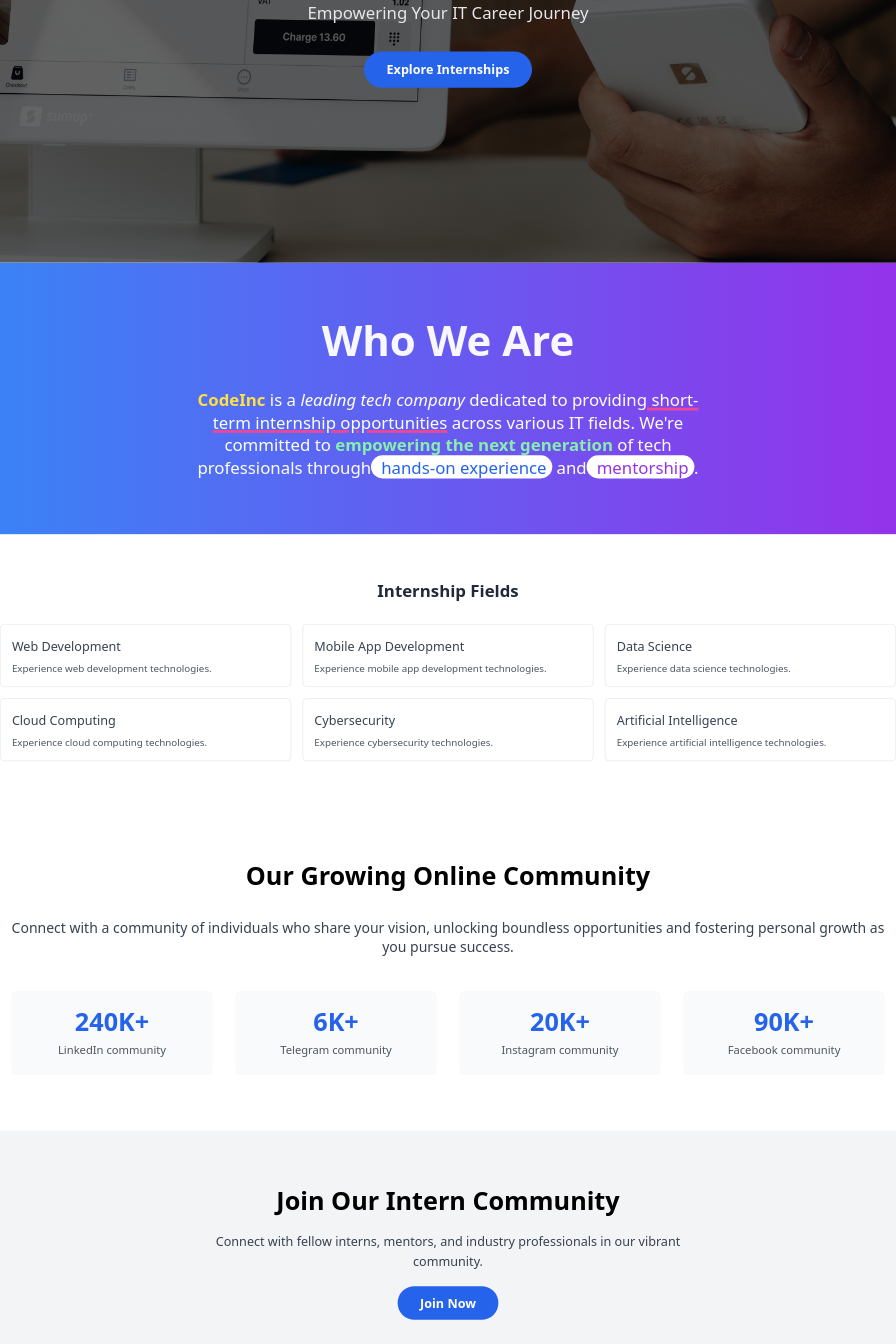
Repository: Charith117/CodeInc-Project
Page: / (app in frontend/)
An editor plug-in stored every save of this project. The page is shown before and after the next save, followed by the edit.
The browser window is 1280 px wide. The pictures show the part of the page from y = 409 to 2329 px (the page is 3362 px tall), at 70% of full size.
The page's requests for data from a server got no answer. The project was rebuilt for these pictures with package versions that can differ from the ones it lists, and the page was loaded fresh each time. No one was signed in, and anything a server would have sent is missing. Also part of the build but not shown: frontend/vite.config.js, frontend/src/pages/Services.jsx, frontend/src/pages/Products.jsx, frontend/src/components/InternShipFieldCard.jsx, frontend/src/pages/Internships.jsx, frontend/src/pages/Jobs.jsx, frontend/src/pages/Verification.jsx, frontend/src/pages/AboutUs.jsx and 1 more.

Above is the page before, as saved 2024-09-15 16:35:39.

### frontend/src/App.jsx
import { BrowserRouter as Router, Route, Routes } from 'react-router-dom';
import Header from './components/Header';
import Footer from './components/Footer';
import Home from './pages/Home';
import Services from './pages/Services';
import Products from './pages/Products';
import Internships from './pages/Internships';
import Jobs from './pages/Jobs';
import Verification from './pages/Verification';
import AboutUs from './pages/AboutUs';
import ContactUs from './pages/ContactUs';

function App() {
  return (
    <Router>
      <div className="flex flex-col min-h-screen">
        <Header />
        <main className="flex-grow">
          <Routes>
            <Route path="/" element={<Home />} />
            <Route path="/services" element={<Services />} />
            <Route path="/products" element={<Products />} />
            <Route path="/internships" element={<Internships />} />
            <Route path="/jobs" element={<Jobs />} />
            <Route path="/verification" element={<Verification />} />
            <Route path="/about-us" element={<AboutUs />} />
            <Route path="/contact-us" element={<ContactUs />} />
          </Routes>
        </main>
        <Footer />
      </div>
    </Router>
  );
}

export default App;

### frontend/src/components/Header.jsx
import Navigation from './Navigation';

function Header() {
  return (
    <header>
      <Navigation />
    </header>
  );
}

export default Header;

### frontend/src/components/Footer.jsx
import { FaFacebook, FaTwitter, FaInstagram, FaLinkedin } from 'react-icons/fa';


function Footer() {
    return (
      <footer className="py-10 text-white bg-gray-800">
        <div className="container px-4 mx-auto">
          <div className="grid grid-cols-1 gap-8 md:grid-cols-4">
            <div>
              <h3 className="mb-4 text-lg font-semibold">Useful Links</h3>
              <ul className="space-y-2">
                <li><a href="#" className="hover:text-blue-300">Privacy Policy</a></li>
                <li><a href="#" className="hover:text-blue-300">Refund Policy</a></li>
                <li><a href="#" className="hover:text-blue-300">Terms and Conditions</a></li>
              </ul>
            </div>
            <div>
              <h3 className="mb-4 text-lg font-semibold">Legal Links</h3>
              <ul className="space-y-2">
                <li><a href="#" className="hover:text-blue-300">Home</a></li>
                <li><a href="#" className="hover:text-blue-300">About Us</a></li>
                <li><a href="#" className="hover:text-blue-300">Services</a></li>
                <li><a href="#" className="hover:text-blue-300">Internships</a></li>
              </ul>
            </div>
            <div>
              <h3 className="mb-4 text-lg font-semibold">Contact Info</h3>
              <p>Lokenath bose garden lane</p>
              <p>Kolkata, West Bengal</p>
            </div>
            <div>
              <h3 className="mb-4 text-lg font-semibold">Follow Us</h3>
              <div className="flex space-x-4">
                <a href="#" className="text-2xl hover:text-blue-300"><FaFacebook /></a>
                <a href="#" className="text-2xl hover:text-blue-300"><FaTwitter /></a>
                <a href="#" className="text-2xl hover:text-blue-300"><FaInstagram /></a>
                <a href="#" className="text-2xl hover:text-blue-300"><FaLinkedin /></a>
              </div>
            </div>
          </div>
        </div>
      </footer>
    );
  }

  export default Footer;

### frontend/src/pages/Home.jsx
import { useState, useEffect } from 'react';
import { getInternships } from '../services/api';

function Home() {
  const [internships, setInternships] = useState([]);
  const [formData, setFormData] = useState({
    name: '',
    lastName: '',
    email: '',
    message: ''
  });

  useEffect(() => {
    const fetchInternships = async () => {
      try {
        const response = await getInternships();
        setInternships(response.data);
      } catch (error) {
        console.error('Error fetching internships:', error);
      }
    };
    fetchInternships();
  }, []);

  const handleInputChange = (e) => {
    const { name, value } = e.target;
    setFormData(prevState => ({
      ...prevState,
      [name]: value
    }));
  };

  const handleSubmit = (e) => {
    e.preventDefault();
    // Here you would typically send the form data to your backend
    console.log('Form submitted:', formData);
    // Reset form after submission
    setFormData({
      name: '',
      lastName: '',
      email: '',
      message: ''
    });
  };

  return (
    <div className="bg-gray-50">
      {/* Hero Section */}
      <section className="relative flex items-center justify-center h-screen overflow-hidden bg-center bg-cover">
        <div className="absolute inset-0 bg-center bg-cover animate-ken-burns" style={{backgroundImage: "url('hero-image.jpg')"}}></div>
        <div className="absolute inset-0 bg-black opacity-60"></div>
        <div className="relative z-10 max-w-4xl px-4 mx-auto text-center">
          <h1 className="mb-6 text-5xl font-bold text-white md:text-7xl animate-fade-in-down animate-pulse">Welcome to CodeInc</h1>
          <p className="mb-10 text-xl text-gray-200 md:text-2xl animate-fade-in-up">Empowering Your IT Career Journey</p>
          <a
            href="internships"
            className="inline-block px-8 py-3 text-lg font-semibold text-white transition duration-300 ease-in-out transform bg-blue-600 rounded-full hover:bg-blue-700 hover:scale-105 animate-fade-in"
          >
            Explore Internships
          </a>
        </div>
      </section>

      {/* About Us Section */}
      <section className="py-20 bg-gradient-to-r from-blue-500 to-purple-600">
        <div className="container px-4 mx-auto">
          <h2 className="mb-10 text-4xl font-extrabold text-center text-white md:text-5xl lg:text-6xl animate-pulse">
            Who We Are
          </h2>
          <p className="max-w-3xl mx-auto text-xl leading-relaxed text-center text-white md:text-2xl">
            <span className="font-bold text-yellow-300">CodeInc</span> is a <span className="italic">leading tech company</span> dedicated to providing
            <span className="underline decoration-pink-500 decoration-4"> short-term internship opportunities</span> across various IT fields.
            We're committed to <span className="font-semibold text-green-300">empowering the next generation</span> of tech professionals through
            <span className="px-2 text-blue-600 bg-white rounded-full"> hands-on experience</span> and
            <span className="px-2 text-purple-600 bg-white rounded-full"> mentorship</span>.
          </p>
        </div>
      </section>

      {/* Internship Fields Section */}
      <section className="py-16 bg-white">
        <div className="container mx-auto">
          <h2 className="mb-8 text-2xl font-semibold text-center text-gray-800">Internship Fields</h2>
          <div className="grid grid-cols-1 gap-4 sm:grid-cols-2 lg:grid-cols-3">
            {['Web Development', 'Mobile App Development', 'Data Science', 'Cloud Computing', 'Cybersecurity', 'Artificial Intelligence'].map((field, index) => (
              <div key={index} className="p-4 transition-colors duration-300 border border-gray-200 rounded-md hover:bg-gray-50">
                <h3 className="mb-2 text-lg font-medium text-gray-700">{field}</h3>
                <p className="text-sm text-gray-600">Experience {field.toLowerCase()} technologies.</p>
              </div>
            ))}
          </div>
        </div>
      </section>

      {/* Our Growing Online Community Section */}
      <section className="py-20 bg-white">
        <div className="container px-4 mx-auto">
          <h2 className="mb-10 text-3xl font-bold text-center md:text-4xl">Our Growing Online Community</h2>
          <p className="mb-12 text-xl text-center text-gray-700">
            Connect with a community of individuals who share your vision, unlocking boundless opportunities and fostering personal growth as you pursue success.
          </p>
          <div className="grid grid-cols-1 gap-8 md:grid-cols-2 lg:grid-cols-4">
            <div className="p-6 text-center rounded-lg bg-gray-50">
              <h3 className="mb-2 text-4xl font-bold text-blue-600">240K+</h3>
              <p className="text-gray-600">LinkedIn community</p>
            </div>
            <div className="p-6 text-center rounded-lg bg-gray-50">
              <h3 className="mb-2 text-4xl font-bold text-blue-600">6K+</h3>
              <p className="text-gray-600">Telegram community</p>
            </div>
            <div className="p-6 text-center rounded-lg bg-gray-50">
              <h3 className="mb-2 text-4xl font-bold text-blue-600">20K+</h3>
              <p className="text-gray-600">Instagram community</p>
            </div>
            <div className="p-6 text-center rounded-lg bg-gray-50">
              <h3 className="mb-2 text-4xl font-bold text-blue-600">90K+</h3>
              <p className="text-gray-600">Facebook community</p>
            </div>
          </div>
        </div>
      </section>

      {/* Community Section */}
      <section className="py-20 bg-gray-100">
        <div className="container px-4 mx-auto text-center">
          <h2 className="mb-6 text-3xl font-bold md:text-4xl">Join Our Intern Community</h2>
          <p className="max-w-2xl mx-auto mb-8 text-lg text-gray-700">Connect with fellow interns, mentors, and industry professionals in our vibrant community.</p>
          <a href="#" className="px-8 py-3 text-lg font-semibold text-white transition duration-300 bg-blue-600 rounded-full hover:bg-blue-700">Join Now</a>
        </div>
      </section>

      {/* Contact Section */}
      <section className="py-20 bg-white">
        <div className="container px-4 mx-auto">
          <h2 className="mb-6 text-3xl font-bold text-center md:text-4xl">Get in Touch</h2>
          <p className="max-w-2xl mx-auto mb-8 text-lg text-center text-gray-700">Have questions about our internship programs? We'd love to hear from you!</p>
          <form onSubmit={handleSubmit} className="max-w-lg mx-auto">
            <div className="mb-4">
              <label htmlFor="name" className="block mb-2 font-bold text-gray-700">Name*</label>
              <input
                type="text"
                id="name"
                name="name"
                value={formData.name}
                onChange={handleInputChange}
                required
                className="w-full px-3 py-2 leading-tight text-gray-700 border rounded shadow appearance-none focus:outline-none focus:shadow-outline"
              />
            </div>
            <div className="mb-4">
              <label htmlFor="lastName" className="block mb-2 font-bold text-gray-700">Last name</label>
              <input
                type="text"
                id="lastName"
                name="lastName"
                value={formData.lastName}
                onChange={handleInputChange}
                className="w-full px-3 py-2 leading-tight text-gray-700 border rounded shadow appearance-none focus:outline-none focus:shadow-outline"
              />
            </div>
            <div className="mb-4">
              <label htmlFor="email" className="block mb-2 font-bold text-gray-700">Your email*</label>
              <input
                type="email"
                id="email"
                name="email"
                value={formData.email}
                onChange={handleInputChange}
                required
                className="w-full px-3 py-2 leading-tight text-gray-700 border rounded shadow appearance-none focus:outline-none focus:shadow-outline"
              />
            </div>
            <div className="mb-6">
              <label htmlFor="message" className="block mb-2 font-bold text-gray-700">Message*</label>
              <textarea
                id="message"
                name="message"
                value={formData.message}
                onChange={handleInputChange}
                required
                className="w-full px-3 py-2 leading-tight text-gray-700 border rounded shadow appearance-none focus:outline-none focus:shadow-outline"
                rows="4"
              ></textarea>
            </div>
            <div className="flex items-center justify-center">
              <button type="submit" className="px-8 py-3 text-lg font-semibold text-white transition duration-300 bg-green-600 rounded-full hover:bg-green-700">
                Submit
              </button>
            </div>
          </form>
        </div>
      </section>



    </div>
  );
}

export default Home;

### frontend/src/components/Navigation.jsx
import { Link } from 'react-router-dom';

function Navigation() {
  return (
    <nav className="bg-white border-gray-200 dark:bg-gray-900">
      <div className="flex flex-wrap items-center justify-between max-w-screen-xl p-4 mx-auto">
        <Link to="/" className="flex items-center">
          <img src="https://flowbite.com/docs/images/logo.svg" className="h-8 mr-3" alt="CodeInc Logo" />
          <span className="self-center text-2xl font-semibold whitespace-nowrap dark:text-white">CodeInc</span>
        </Link>
        <button data-collapse-toggle="navbar-default" type="button" className="inline-flex items-center p-2 ml-3 text-sm text-gray-500 rounded-lg md:hidden hover:bg-gray-100 focus:outline-none focus:ring-2 focus:ring-gray-200 dark:text-gray-400 dark:hover:bg-gray-700 dark:focus:ring-gray-600" aria-controls="navbar-default" aria-expanded="false">
          <span className="sr-only">Open main menu</span>
          <svg className="w-6 h-6" aria-hidden="true" fill="currentColor" viewBox="0 0 20 20" xmlns="http://www.w3.org/2000/svg"><path fillRule="evenodd" d="M3 5a1 1 0 011-1h12a1 1 0 110 2H4a1 1 0 01-1-1zM3 10a1 1 0 011-1h12a1 1 0 110 2H4a1 1 0 01-1-1zM3 15a1 1 0 011-1h12a1 1 0 110 2H4a1 1 0 01-1-1z" clipRule="evenodd"></path></svg>
        </button>
        <div className="hidden w-full md:block md:w-auto" id="navbar-default">
          <ul className="flex flex-col p-4 mt-4 font-medium border border-gray-100 rounded-lg md:p-0 bg-gray-50 md:flex-row md:space-x-8 md:mt-0 md:border-0 md:bg-white dark:bg-gray-800 md:dark:bg-gray-900 dark:border-gray-700">
            <li>
              <Link to="/" className="block py-2 pl-3 pr-4 text-white bg-blue-700 rounded md:bg-transparent md:text-blue-700 md:p-0 dark:text-white md:dark:text-blue-500" aria-current="page">Home</Link>
            </li>
            <li>
              <Link to="/services" className="block py-2 pl-3 pr-4 text-gray-900 rounded hover:bg-gray-100 md:hover:bg-transparent md:border-0 md:hover:text-blue-700 md:p-0 dark:text-white md:dark:hover:text-blue-500 dark:hover:bg-gray-700 dark:hover:text-white md:dark:hover:bg-transparent">Services</Link>
            </li>
            <li>
              <Link to="/products" className="block py-2 pl-3 pr-4 text-gray-900 rounded hover:bg-gray-100 md:hover:bg-transparent md:border-0 md:hover:text-blue-700 md:p-0 dark:text-white md:dark:hover:text-blue-500 dark:hover:bg-gray-700 dark:hover:text-white md:dark:hover:bg-transparent">Products</Link>
            </li>
            <li>
              <Link to="/internships" className="block py-2 pl-3 pr-4 text-gray-900 rounded hover:bg-gray-100 md:hover:bg-transparent md:border-0 md:hover:text-blue-700 md:p-0 dark:text-white md:dark:hover:text-blue-500 dark:hover:bg-gray-700 dark:hover:text-white md:dark:hover:bg-transparent">Internships</Link>
            </li>
            <li>
              <Link to="/jobs" className="block py-2 pl-3 pr-4 text-gray-900 rounded hover:bg-gray-100 md:hover:bg-transparent md:border-0 md:hover:text-blue-700 md:p-0 dark:text-white md:dark:hover:text-blue-500 dark:hover:bg-gray-700 dark:hover:text-white md:dark:hover:bg-transparent">Jobs</Link>
            </li>
            <li>
              <Link to="/about-us" className="block py-2 pl-3 pr-4 text-gray-900 rounded hover:bg-gray-100 md:hover:bg-transparent md:border-0 md:hover:text-blue-700 md:p-0 dark:text-white md:dark:hover:text-blue-500 dark:hover:bg-gray-700 dark:hover:text-white md:dark:hover:bg-transparent">About Us</Link>
            </li>
            <li>
              <Link to="/contact-us" className="block py-2 pl-3 pr-4 text-gray-900 rounded hover:bg-gray-100 md:hover:bg-transparent md:border-0 md:hover:text-blue-700 md:p-0 dark:text-white md:dark:hover:text-blue-500 dark:hover:bg-gray-700 dark:hover:text-white md:dark:hover:bg-transparent">Contact Us</Link>
            </li>
          </ul>
        </div>
      </div>
    </nav>
  );
}

export default Navigation;

### frontend/src/services/api.js
import axios from 'axios';

const API_URL = 'http://localhost:5000/api'; // Replace with your actual API URL

export const api = axios.create({
  baseURL: API_URL,
});

export const getInternships = () => api.get('/internships');
export const getJobs = () => api.get('/jobs');
// Add more API calls as needed

### frontend/tailwind.config.js
   /** @type {import('tailwindcss').Config} */
   export default {
    content: [
      "./index.html",
      "./src/**/*.{js,ts,jsx,tsx}",
    ],
    theme: {
      extend: {},
    },
    plugins: [],
  }

Loaded but not shown: frontend/index.html (common file); frontend/src/main.jsx (common file); frontend/src/index.css (common file)

After the next save:
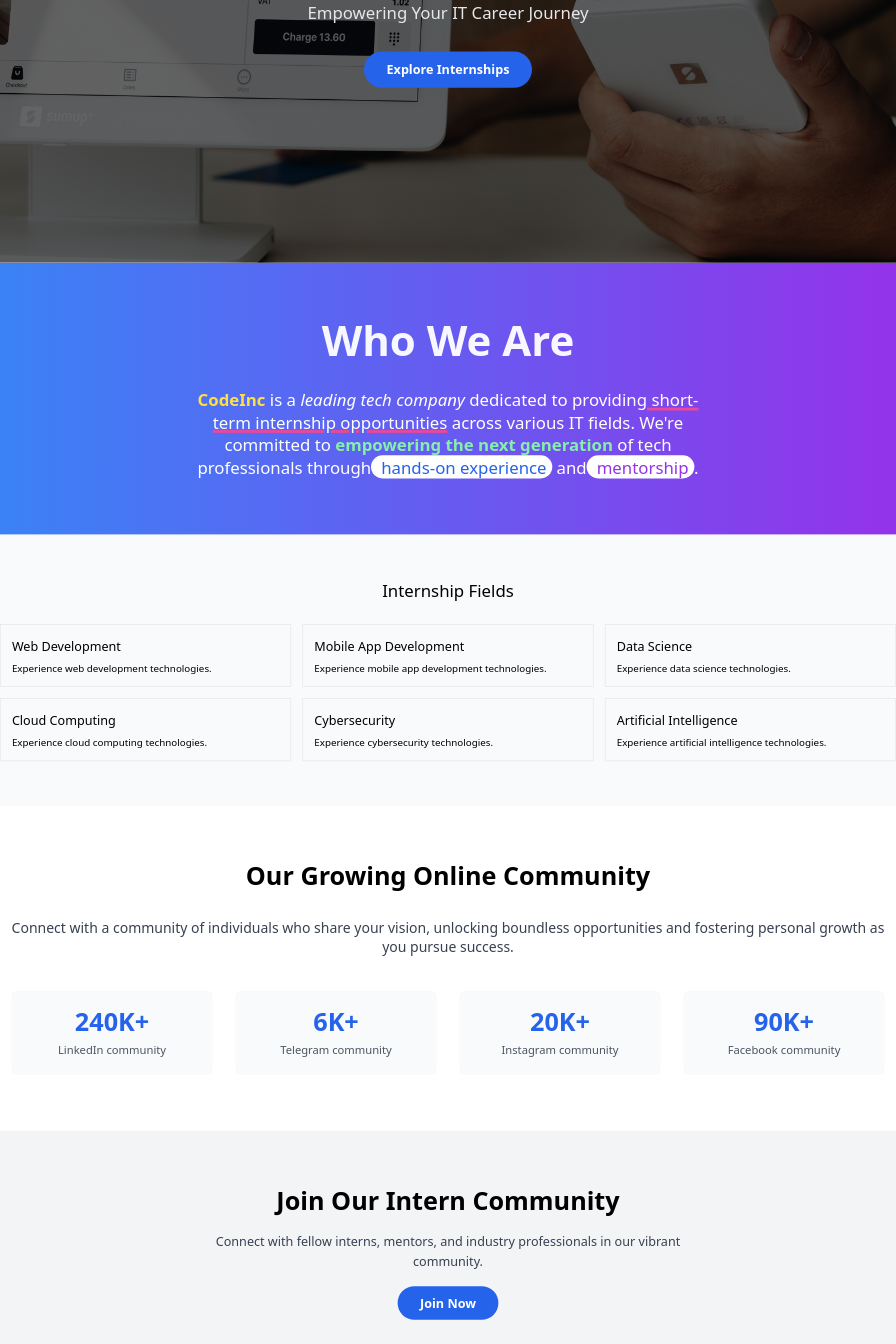
Saved 40 s later.
--- a/frontend/src/pages/Home.jsx
+++ b/frontend/src/pages/Home.jsx
@@ -78,14 +78,14 @@
       </section>
 
       {/* Internship Fields Section */}
-      <section className="py-16 bg-white">
+      <section className="py-16">
         <div className="container mx-auto">
-          <h2 className="mb-8 text-2xl font-semibold text-center text-gray-800">Internship Fields</h2>
+          <h2 className="mb-8 text-2xl text-center">Internship Fields</h2>
           <div className="grid grid-cols-1 gap-4 sm:grid-cols-2 lg:grid-cols-3">
             {['Web Development', 'Mobile App Development', 'Data Science', 'Cloud Computing', 'Cybersecurity', 'Artificial Intelligence'].map((field, index) => (
-              <div key={index} className="p-4 transition-colors duration-300 border border-gray-200 rounded-md hover:bg-gray-50">
-                <h3 className="mb-2 text-lg font-medium text-gray-700">{field}</h3>
-                <p className="text-sm text-gray-600">Experience {field.toLowerCase()} technologies.</p>
+              <div key={index} className="p-4 border">
+                <h3 className="mb-2 text-lg">{field}</h3>
+                <p className="text-sm">Experience {field.toLowerCase()} technologies.</p>
               </div>
             ))}
           </div>
